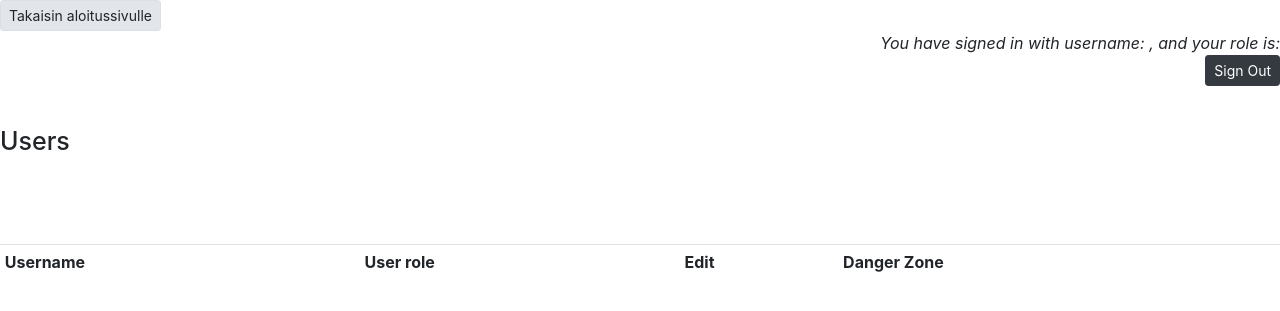
Repository: LiljestromNadja/Backend_s2023_harjoitustyo
Page: http://localhost/userlist
An editor plug-in stored every save of this project. The page is shown before and after the next save, followed by the edit.
The browser window is 1280 px wide. The pictures show the whole page.
The page is this project's Thymeleaf template; nobody is signed in. The template is opened directly, without the code that normally fills it, so the values that code supplies are empty.

Above is the page before, as saved 2023-11-10 15:09:32.

After the next save:
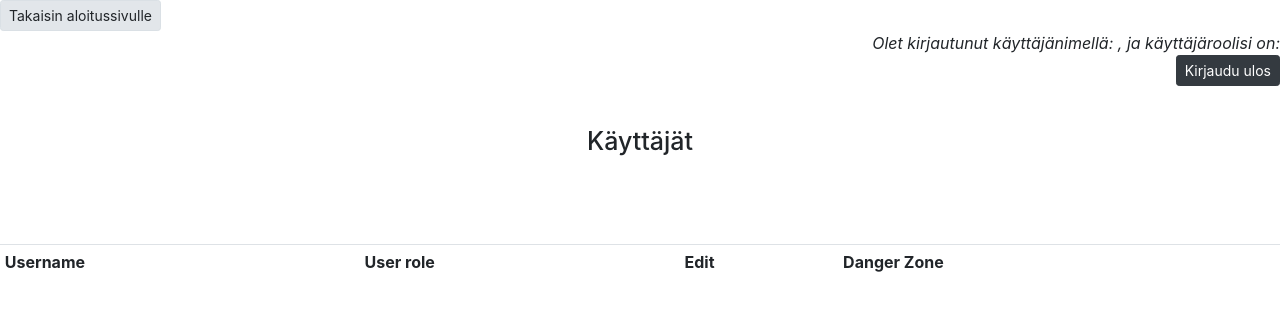
Saved 88 s later.
--- a/harkkas23v01/src/main/resources/templates/userlist.html
+++ b/harkkas23v01/src/main/resources/templates/userlist.html
@@ -10,19 +10,20 @@
 
 	<a href="/index"><button class="text-left btn btn-light btn-sm">Takaisin aloitussivulle</button></a>
 	<div class="text-right">
-		<i>You have signed in with username: <b sec:authentication="name"></b>,
-			and your role is: <b sec:authentication="principal.authorities"></b>
+		<i>Olet kirjautunut käyttäjänimellä: <b sec:authentication="name"></b>,
+			ja käyttäjäroolisi on: <b sec:authentication="principal.authorities"></b>
 		</i>
 		<br>
 		<form class="text-right" th:action="@{/logout}" method="post">
-			<input type="submit" value="Sign Out" class="btn btn-sm btn-dark" />
+			<input type="submit" value="Kirjaudu ulos" class="btn btn-sm btn-dark" />
 		</form>
 	</div>
 
 
 	<div style="clear: both; display: block; height: 40px;"></div>
-	<h1 style="font-size: 25px">Users</h1>
+	<h1 style="font-size: 25px; text-align: center">Käyttäjät</h1>
 	<div style="clear: both; display: block; height: 40px;"></div>
+
 	<div style="clear: both; display: block; height: 40px;"></div>
 	<table class="table table-hover table-sm">
 		<tr>
